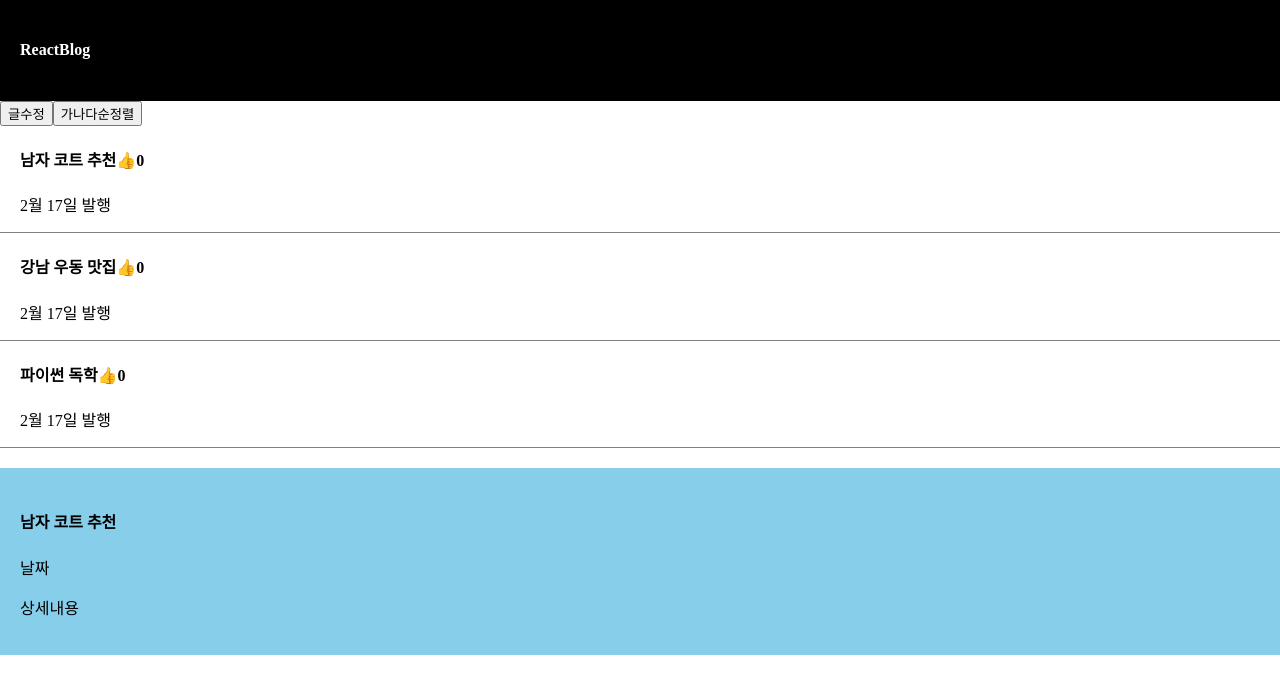
Repository: thinkseaweave/applecoding
Page: /, after clicking the first element matching `div.list > h4`
The author's editor kept a copy of each file at every save. The page is drawn from the files as they stood at one save, then again after a run of saves.
The browser window is 1280 px wide. The pictures show the whole page.
The project was rebuilt for these pictures with package versions that can differ from the ones it lists, and the page was loaded fresh each time. Also part of the build but not shown: vite.config.js, src/index.css.

Above is the page before, as saved 2025-01-29 13:48:22.

### src/App.jsx
/* eslint-disable */

import { useState } from "react";
import "./App.css";

function App() {
  const post = "강남 우동 맛집";
  let [글제목, 글제목변경] = useState([
    "남자 코트 추천",
    "강남 우동 맛집",
    "파이썬 독학",
  ]);
  let [따봉, 따봉변경] = useState([0, 0, 0]);
  let [modal, setModal] = useState(false);

  return (
    <div className="App">
      <div className="black-nav">
        <h4>ReactBlog</h4>
      </div>
      <button
        onClick={() => {
          const copy = [...글제목];
          copy[0] = "여자코트 추천";
          글제목변경(copy);
        }}
      >
        글수정
      </button>
      <button
        onClick={() => {
          const 정렬된글제목 = [...글제목].sort();
          console.log("정렬된글제목:", 정렬된글제목);
          글제목변경(정렬된글제목);
        }}
      >
        가나다순정렬
      </button>

      {글제목.map(function (item, index) {
        return (
          <div className="list" key={index}>
            <h4
              onClick={(event) => {
                event.preventDefault();
                setModal(!modal);
              }}
            >
              {item}
              <span
                onClick={(event) => {
                  event.stopPropagation();
                  const 따봉카피 = [...따봉];
                  따봉카피[index] = 따봉카피[index] + 1;
                  따봉변경(따봉카피);
                }}
              >
                👍
              </span>
              {따봉[index]}
            </h4>
            <p> 2월 17일 발행</p>
          </div>
        );
      })}

      {
        //조건식 ? 참일 때 실행할 코드 : 거짓일 때 실행할 코드
        modal === true ? <Modal color={"skyblue"} 글제목={글제목} /> : null
      }
    </div>
  );
}

function Modal(props) {
  return (
    <div className="modal" style={{ background: props.color }}>
      <h4>{props.글제목[0]}</h4>
      <p>날짜</p>
      <p>상세내용</p>
    </div>
  );
}

export default App;

### src/App.css
body {
  margin: 0;
}

div {
  box-sizing: border-box;
}
.list {
  text-align: left;
  padding-left: 20px;
  border-bottom: 1px solid grey;
}

.black-nav {
  background: black;
  width: 100%;
  display: flex;
  color: white;
  padding: 20px;
}

.modal {
  margin-top: 20px;
  padding: 20px;
  background: #eee;
  text-align: left;
}

Loaded but not shown: index.html (common file); src/main.jsx (common file)

After the next 2 saves:
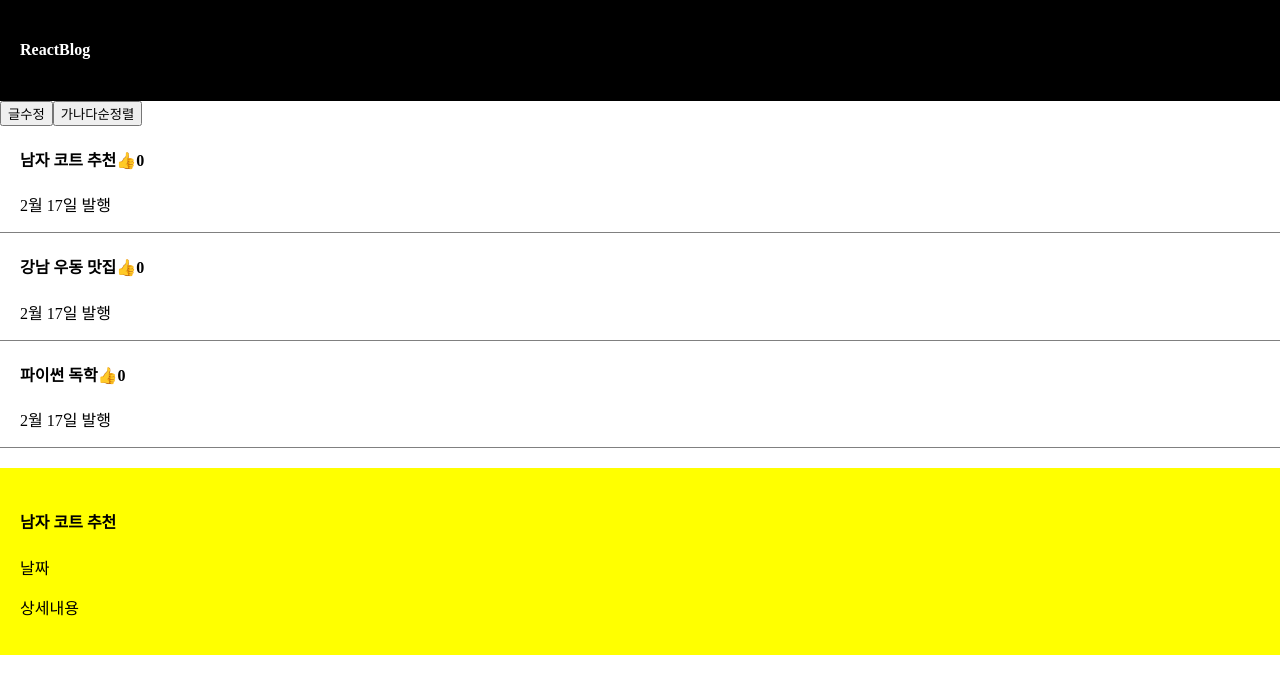
The 2 saves are shown as one change because they came seconds apart.
The last was saved 7 s later.
--- a/src/App.jsx
+++ b/src/App.jsx
@@ -66,7 +66,7 @@ function App() {
 
       {
         //조건식 ? 참일 때 실행할 코드 : 거짓일 때 실행할 코드
-        modal === true ? <Modal color={"skyblue"} 글제목={글제목} /> : null
+        modal === true ? <Modal color={"yellow"} 글제목={글제목} /> : null
       }
     </div>
   );
